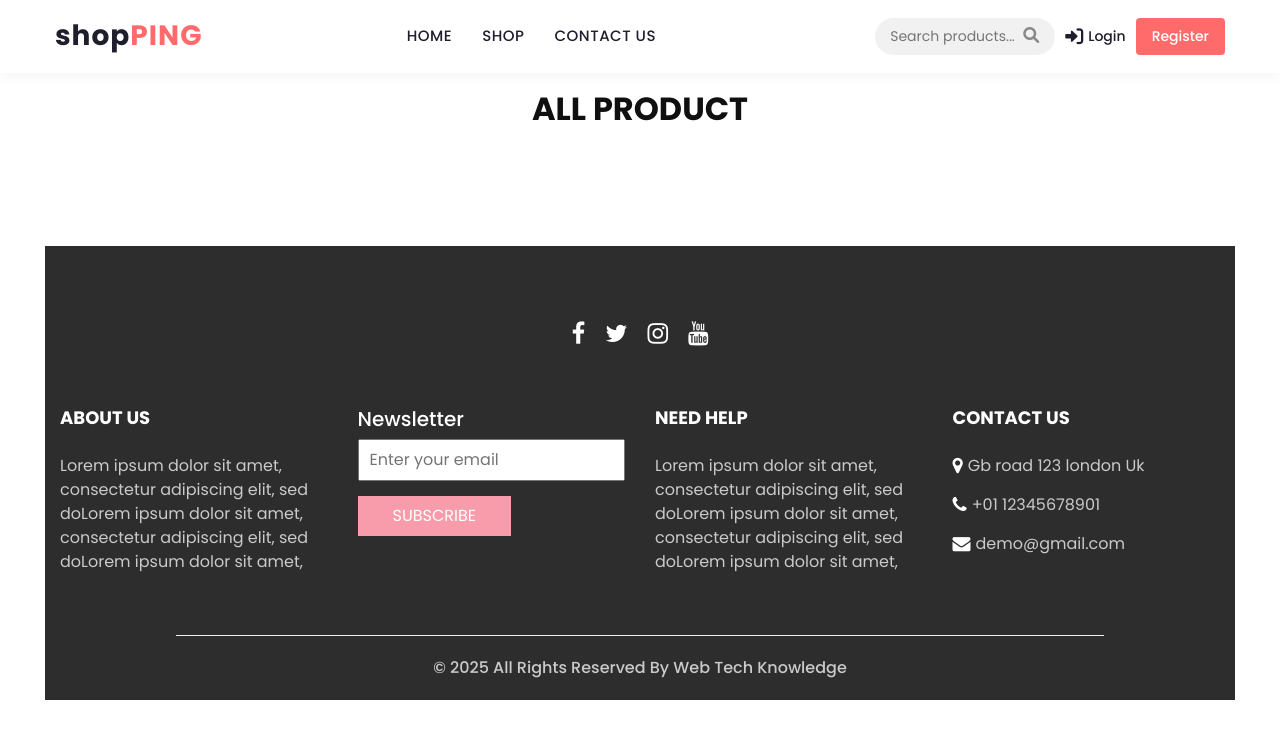
Repository: hahuuchinh2501/ecommerce_project
Page: http://localhost/view_shop
These files come from the project's save history. The page is drawn as it stood at one moment and after the next save; the edit follows.
The browser window is 1280 px wide. The pictures show the whole page.
The page is served by the project's Laravel application, run on PHP 8.4 with Laravel 12. Other server files are loaded and not shown. Queries for data that is not in the repository find no rows.

Above is the page before, as saved 2025-04-09 10:30:55.

### app/Models/Product.php
<?php

namespace App\Models;

use Illuminate\Database\Eloquent\Factories\HasFactory;
use Illuminate\Database\Eloquent\Model;

class Product extends Model
{
    use HasFactory;

    protected $fillable = [
        'title',
        'description',
        'price',
        'image1',
        'image2',
        'image3',
        'category_id'
    ];

    public function category()
    {
        return $this->belongsTo(Category::class);
    }
}

### resources/views/home/view_shop.blade.php
<!DOCTYPE html>
<html>

<head>
  @include('home.css')
</head>

<body>
  <div class="hero_area">
    <!-- header section strats -->
   @include('home.header')
    <!-- end header section -->
    <!-- slider section -->

    <!-- end slider section -->
  </div>
  <!-- end hero area -->

  <!-- shop section -->

     <section class="shop_section layout_padding">
    <div class="container">
      <div class="heading_container heading_center">
        <h2>
          All Product
        </h2>
      </div>
      <div class="row">
        @foreach($product as $products )


        <div class="col-sm-6 col-md-4 col-lg-3">
          <div class="box">

              <div class="img-box">
                <img src="products/{{ $products->image1 }}" alt="">
              </div>
              <div class="detail-box">
                <h6>
                  {{ $products->title }}
                </h6>
                <h6>
                  Price
                  <span>
                    {{ $products->price }}
                  </span>
                </h6>
              </div>

            <div style="padding:15px">
              <a class="btn btn-dark" style="color: white" href="{{ url('product_details', $products->id) }}">
                Details
              </a>
               <a class="btn btn-white" style="border: 1px solid " href="{{ url('add_cart', $products->id) }}">
                add cart
              </a>
          </div>
          </div>
        </div>
        @endforeach
        </div>
      </div>

    </div>
  </section>

  <!-- end shop section -->







  <!-- contact section -->


  <!-- end contact section -->



  <!-- info section -->

 @include('home.footer')

</body>

</html>

### resources/views/home/css.blade.php
<!-- Basic -->
  <meta charset="utf-8" />
  <meta http-equiv="X-UA-Compatible" content="IE=edge" />
  <!-- Mobile Metas -->
  <meta name="viewport" content="width=device-width, initial-scale=1, shrink-to-fit=no" />
  <!-- Site Metas -->
  <meta name="keywords" content="" />
  <meta name="description" content="" />
  <meta name="author" content="" />
  <link rel="shortcut icon" href="images/favicon.png" type="image/x-icon">

  <title>
    Shopping
  </title>

  <!-- slider stylesheet -->
  <link rel="stylesheet" type="text/css" href="https://cdnjs.cloudflare.com/ajax/libs/OwlCarousel2/2.3.4/assets/owl.carousel.min.css" />

  <!-- bootstrap core css -->
  <link rel="stylesheet" type="text/css" href="{{asset('css/bootstrap.css')}}" />

  <!-- Custom styles for this template -->
  <link href="{{asset('css/style.css')}}" rel="stylesheet" />
  <!-- responsive style -->
  <link href="{{asset('css/responsive.css')}}" rel="stylesheet" />
   <style>
    :root {
      --primary: #ff6b6b;
      --secondary: #1e1e2c;
      --light: #f8f9fa;
      --dark: #212529;
      --accent: #7971ea;
      --gray-light: #f1f1f1;
      --gray: #888;
    }

    body {
      font-family: 'Poppins', sans-serif;
      margin: 0;
      padding: 0;
      background-color: #fff;
    }

    .header {
      position: fixed;
      top: 0;
      left: 0;
      right: 0;
      z-index: 1000;
      transition: all 0.3s ease;
      background-color: #fff;
      box-shadow: 0 2px 15px rgba(0, 0, 0, 0.05);
    }

    .header-scrolled {
      padding: 5px 0;
      box-shadow: 0 5px 15px rgba(0, 0, 0, 0.1);
    }

    .container {
      width: 100%;
      max-width: 1200px;
      margin: 0 auto;
      padding: 0 15px;
    }

    .navbar {
      display: flex;
      align-items: center;
      justify-content: space-between;
      padding: 15px 0;
    }

    .brand {
      display: flex;
      align-items: center;
    }

    .logo {
      font-size: 28px;
      font-weight: 700;
      color: var(--secondary);
      text-decoration: none;
      letter-spacing: 1px;
    }

    .logo span {
      color: var(--primary);
    }

    .nav-menu {
      display: flex;
      align-items: center;
      margin: 0;
      padding: 0;
      list-style: none;
    }

    .nav-item {
      margin: 0 15px;
      position: relative;
    }

    .nav-link {
      font-size: 15px;
      font-weight: 500;
      color: var(--secondary);
      text-decoration: none;
      text-transform: uppercase;
      letter-spacing: 0.5px;
      padding: 10px 0;
      position: relative;
      transition: all 0.3s ease;
    }

    .nav-link::after {
      content: '';
      position: absolute;
      width: 0;
      height: 2px;
      background-color: var(--primary);
      bottom: 0;
      left: 0;
      transition: all 0.3s ease;
    }

    .nav-link:hover::after,
    .nav-item.active .nav-link::after {
      width: 100%;
    }

    .nav-item.active .nav-link {
      color: var(--primary);
      font-weight: 600;
    }

    .user-actions {
      display: flex;
      align-items: center;
    }

    .action-btn {
      font-size: 14px;
      font-weight: 500;
      color: var(--secondary);
      text-decoration: none;
      margin-left: 20px;
      display: flex;
      align-items: center;
      transition: all 0.3s ease;
    }

    .action-btn:hover {
      color: var(--primary);
    }

    .action-btn i {
      font-size: 18px;
      margin-right: 5px;
    }

    .cart-count {
      background-color: var(--primary);
      color: white;
      border-radius: 50%;
      font-size: 11px;
      width: 18px;
      height: 18px;
      display: flex;
      align-items: center;
      justify-content: center;
      margin-left: 5px;
    }

    .btn {
      padding: 8px 16px;
      border-radius: 4px;
      font-weight: 500;
      transition: all 0.3s ease;
      border: none;
      cursor: pointer;
      font-size: 14px;
    }

    .btn-primary {
      background-color: var(--primary);
      color: white;
    }

    .btn-primary:hover {
      background-color: #ff5252;
    }

    .btn-outline {
      background-color: transparent;
      color: var(--secondary);
      border: 1px solid var(--secondary);
    }

    .btn-outline:hover {
      background-color: var(--secondary);
      color: white;
    }

    .search-form {
      position: relative;
      margin-left: 15px;
    }

    .search-input {
      border: none;
      background-color: var(--gray-light);
      padding: 8px 15px;
      padding-right: 35px;
      border-radius: 30px;
      transition: all 0.3s ease;
      font-size: 14px;
      width: 180px;
    }

    .search-input:focus {
      outline: none;
      width: 200px;
      box-shadow: 0 0 5px rgba(0, 0, 0, 0.1);
    }

    .search-btn {
      background: transparent;
      border: none;
      position: absolute;
      right: 10px;
      top: 50%;
      transform: translateY(-50%);
      color: var(--gray);
      cursor: pointer;
    }

    .mobile-toggle {
      display: none;
      font-size: 24px;
      color: var(--secondary);
      cursor: pointer;
    }

    .dropdown-menu {
      position: absolute;
      top: 100%;
      left: 0;
      min-width: 200px;
      background-color: white;
      box-shadow: 0 5px 15px rgba(0, 0, 0, 0.1);
      border-radius: 4px;
      padding: 10px 0;
      opacity: 0;
      visibility: hidden;
      transform: translateY(10px);
      transition: all 0.3s ease;
    }

    .dropdown:hover .dropdown-menu {
      opacity: 1;
      visibility: visible;
      transform: translateY(0);
    }

    .dropdown-item {
      padding: 8px 20px;
      display: block;
      color: var(--secondary);
      text-decoration: none;
      font-size: 14px;
      transition: all 0.3s ease;
    }

    .dropdown-item:hover {
      background-color: var(--gray-light);
      color: var(--primary);
    }

    /* Responsive styles */
    @media (max-width: 992px) {
      .mobile-toggle {
        display: block;
      }

      .nav-menu {
        position: fixed;
        top: 70px;
        left: -100%;
        width: 80%;
        max-width: 300px;
        height: 100vh;
        background-color: white;
        flex-direction: column;
        align-items: flex-start;
        padding: 20px;
        box-shadow: 0 5px 15px rgba(0, 0, 0, 0.1);
        transition: all 0.3s ease;
        z-index: 999;
      }

      .nav-menu.active {
        left: 0;
      }

      .nav-item {
        margin: 10px 0;
        width: 100%;
      }

      .nav-link {
        display: block;
        width: 100%;
        padding: 10px;
      }

      .dropdown-menu {
        position: static;
        opacity: 1;
        visibility: visible;
        transform: none;
        box-shadow: none;
        padding-left: 20px;
        display: none;
      }

      .dropdown.active .dropdown-menu {
        display: block;
      }

      .user-actions {
        position: fixed;
        bottom: 0;
        left: 0;
        width: 100%;
        background-color: white;
        box-shadow: 0 -2px 10px rgba(0, 0, 0, 0.1);
        padding: 15px;
        justify-content: space-around;
        z-index: 999;
      }

      .action-btn {
        margin: 0;
        flex-direction: column;
        font-size: 12px;
      }

      .action-btn i {
        font-size: 20px;
        margin-right: 0;
        margin-bottom: 5px;
      }
    }
     .logout-btn {
      background-color: #ff6b6b;
      color: white;
      border: none;
      padding: 8px 16px;
      border-radius: 4px;
      cursor: pointer;
      font-weight: 500;
      transition: all 0.3s ease;
      font-size: 14px;
      display: flex;
      align-items: center;
    }

    .logout-btn i {
      margin-right: 6px;
    }

    .logout-btn:hover {
      background-color: #ff5252;
    }

    .logout-form {
      margin: 0;
      margin-left: 15px;
    }


    @media (max-width: 992px) {
      .direct-logout {
        display: block !important;
      }

      .user-actions {
        display: flex;
        flex-wrap: wrap;
        justify-content: flex-end;
        align-items: center;
      }
    }


    @media (max-width: 576px) {
      .user-actions {
        justify-content: space-between;
      }

      .action-btn span {
        display: none;
      }

      .logout-btn span {
        display: inline;
      }
    }
  </style>

### resources/views/home/header.blade.php
<!DOCTYPE html>
<html lang="en">
<head>
  <meta charset="UTF-8">
  <meta name="viewport" content="width=device-width, initial-scale=1.0">
  <title>shopPING - Fashion Store</title>
  <link href="https://cdnjs.cloudflare.com/ajax/libs/font-awesome/6.0.0-beta3/css/all.min.css" rel="stylesheet">
  @include('home.css')
</head>
<body>
  <header class="header">
    <div class="container">
      <nav class="navbar">
        <div class="brand">
          <a href="{{ url('/') }}" class="logo">shop<span>PING</span></a>
        </div>

        <div class="mobile-toggle">
          <i class="fas fa-bars"></i>
        </div>

        <ul class="nav-menu">
          <li class="nav-item">
            <a href="{{ url('/') }}" class="nav-link">Home</a>
          </li>
          <li class="nav-item dropdown">
            <a href="{{ url('view_shop') }}" class="nav-link">Shop</a>

          </li>

          <li class="nav-item">
            <a href="{{ url('view_contact') }}" class="nav-link">Contact Us</a>
          </li>
        </ul>

        <div class="user-actions">
          @if (Route::has('login'))
            @auth
              <a href="{{ url('myorders') }}" class="action-btn">
                <i class="fas fa-list-ul"></i>
                <span>Orders</span>
              </a>
              <a href="{{ url('mycart') }}" class="action-btn">
                <i class="fas fa-shopping-bag"></i>
                <span>Cart</span>
                <span class="cart-count">{{ $count }}</span>
              </a>
              <form class="search-form" action="{{ url('search') }}" method="GET">
    <input type="text" class="search-input" name="search_text" placeholder="Search products..." required>
    <button type="submit" class="search-btn">
        <i class="fas fa-search"></i>
    </button>
</form>



              <form method="POST" action="{{ route('logout') }}" class="logout-form">
                @csrf
                <button type="submit" class="logout-btn">
                  <i class="fas fa-sign-out-alt"></i>
                  <span>Logout</span>
                </button>
              </form>
              <a style="margin-left: 20px;">welcome: {{ Auth::user()->name }}</a>

            @else
              <form class="search-form" action="{{ url('search') }}" method="GET">
    <input type="text" class="search-input" name="search_text" placeholder="Search products..." required>
    <button type="submit" class="search-btn">
        <i class="fas fa-search"></i>
    </button>
</form>

              <a href="{{ url('/login') }}" class="action-btn" style="margin: 10px;">
                <i class="fas fa-sign-in-alt"></i>
                <span>Login</span>
              </a>
              <a href="{{ url('/register') }}" class="btn btn-primary">Register</a>
            @endauth
          @endif
        </div>
      </nav>
    </div>
  </header>

  <script>

    window.addEventListener('scroll', function() {
      const header = document.querySelector('.header');
      if (window.scrollY > 50) {
        header.classList.add('header-scrolled');
      } else {
        header.classList.remove('header-scrolled');
      }
    });


    const mobileToggle = document.querySelector('.mobile-toggle');
    const navMenu = document.querySelector('.nav-menu');

    if (mobileToggle) {
      mobileToggle.addEventListener('click', function() {
        navMenu.classList.toggle('active');
      });
    }


    const dropdowns = document.querySelectorAll('.dropdown');

    dropdowns.forEach(dropdown => {
      dropdown.addEventListener('click', function(e) {
        if (window.innerWidth < 992) {
          e.preventDefault();
          this.classList.toggle('active');
        }
      });
    });
  </script>
</body>
</html>

### resources/views/home/footer.blade.php
<section class="info_section  layout_padding2-top">
    <div class="social_container">
      <div class="social_box">
        <a href="">
          <i class="fa fa-facebook" aria-hidden="true"></i>
        </a>
        <a href="">
          <i class="fa fa-twitter" aria-hidden="true"></i>
        </a>
        <a href="">
          <i class="fa fa-instagram" aria-hidden="true"></i>
        </a>
        <a href="">
          <i class="fa fa-youtube" aria-hidden="true"></i>
        </a>
      </div>
    </div>
    <div class="info_container ">
      <div class="container">
        <div class="row">
          <div class="col-md-6 col-lg-3">
            <h6>
              ABOUT US
            </h6>
            <p>
              Lorem ipsum dolor sit amet, consectetur adipiscing elit, sed doLorem ipsum dolor sit amet, consectetur adipiscing elit, sed doLorem ipsum dolor sit amet,
            </p>
          </div>
          <div class="col-md-6 col-lg-3">
            <div class="info_form ">
              <h5>
                Newsletter
              </h5>
              <form action="#">
                <input type="email" placeholder="Enter your email">
                <button>
                  Subscribe
                </button>
              </form>
            </div>
          </div>
          <div class="col-md-6 col-lg-3">
            <h6>
              NEED HELP
            </h6>
            <p>
              Lorem ipsum dolor sit amet, consectetur adipiscing elit, sed doLorem ipsum dolor sit amet, consectetur adipiscing elit, sed doLorem ipsum dolor sit amet,
            </p>
          </div>
          <div class="col-md-6 col-lg-3">
            <h6>
              CONTACT US
            </h6>
            <div class="info_link-box">
              <a href="">
                <i class="fa fa-map-marker" aria-hidden="true"></i>
                <span> Gb road 123 london Uk </span>
              </a>
              <a href="">
                <i class="fa fa-phone" aria-hidden="true"></i>
                <span>+01 12345678901</span>
              </a>
              <a href="">
                <i class="fa fa-envelope" aria-hidden="true"></i>
                <span> demo@gmail.com</span>
              </a>
            </div>
          </div>
        </div>
      </div>
    </div>
    <!-- footer section -->
    <footer class=" footer_section">
      <div class="container">
        <p>
          &copy; <span id="displayYear"></span> All Rights Reserved By
          <a href="https://html.design/">Web Tech Knowledge</a>
        </p>
      </div>
    </footer>
    <!-- footer section -->

  </section>

  <!-- end info section -->


  <script src="{{asset('js/jquery-3.4.1.min.js') }}"></script>
  <script src="{{asset('js/bootstrap.js') }}"></script>
  <script src="https://cdnjs.cloudflare.com/ajax/libs/OwlCarousel2/2.3.4/owl.carousel.min.js">
  </script>
  <script src="{{asset('js/custom.js') }}"></script>

### public/css/responsive.css
@media (max-width: 1120px) {
    .saving_section .detail-box {
        padding: 0;
    }
}

@media (max-width: 992px) {
    .user_option {
        justify-content: center;
        margin-left: 0;
        margin-top: 10px;

    }

    .custom_nav-container {
        flex-direction: row;
    }

    .custom_nav-container .navbar-nav {
        align-items: center;
    }

    #navbarSupportedContent .navbar-nav .nav-link {
        margin: 5px 0;
    }

    .slider_section .detail-box {
        padding-left: 0;
    }

    .slider_section .detail-box h1 {
        font-size: 3rem;
    }

    .slider_section .img-box {
        padding: 0;
    }

    .saving_section .row {
        flex-direction: column-reverse;
    }

    .saving_section .detail-box {

        margin-bottom: 30px;
    }

    .client_section .box {
        margin: 15px 25px;
    }

    .client_section .carousel_btn-box {
        display: flex;
        justify-content: center;
        margin-top: 45px;
    }

    .client_section .carousel-control-prev,
    .client_section .carousel-control-next {
        position: unset;
        margin: 0 2.5px;
        width: 45px;
        height: 45px;
    }
}

@media (max-width: 768px) {
    .hero_area {
        padding: 0 25px;
    }

    .slider_section .img-box {
        margin-bottom: 45px;
    }

    .saving_section,
    .gift_section {
        padding-left: 25px;
        padding-right: 25px;
    }

    .gift_section .box {
        padding: 45px 0;
    }

    .gift_section .img-box {
        padding: 0 15px;
        margin-bottom: 45px;
    }

    .info_section .row>div {
        text-align: center;
        display: flex;
        flex-direction: column;
        align-items: center;

    }

    .info_section {
        margin: 0 25px 25px;
    }


}

@media (max-width: 576px) {
    .contact_section {
        padding-left: 25px;
        padding-right: 25px;
    }
}

@media (max-width: 480px) {

    .saving_section .detail-box,
    .gift_section .detail-box {
        padding: 0 5px;
    }
}

@media (max-width: 420px) {}

@media (max-width: 376px) {}

@media (min-width: 1200px) {
    .container {
        max-width: 1170px;
    }
}

Loaded but not shown: app/Providers/AppServiceProvider.php (common file); routes/auth.php (common file); app/Http/Controllers/Auth/EmailVerificationPromptController.php (common file); app/Http/Controllers/Controller.php (common file); app/Http/Controllers/Auth/VerifyEmailController.php (common file); public/css/bootstrap.css (library); public/js/jquery-3.4.1.min.js (library); public/js/bootstrap.js (library); public/js/custom.js (common file); public/css/font-awesome.min.css (library); public/css/style.css (856 lines, source omitted); app/Http/Controllers/HomeController.php (308 lines, source omitted); routes/web.php (110 lines, source omitted)

After the next save:
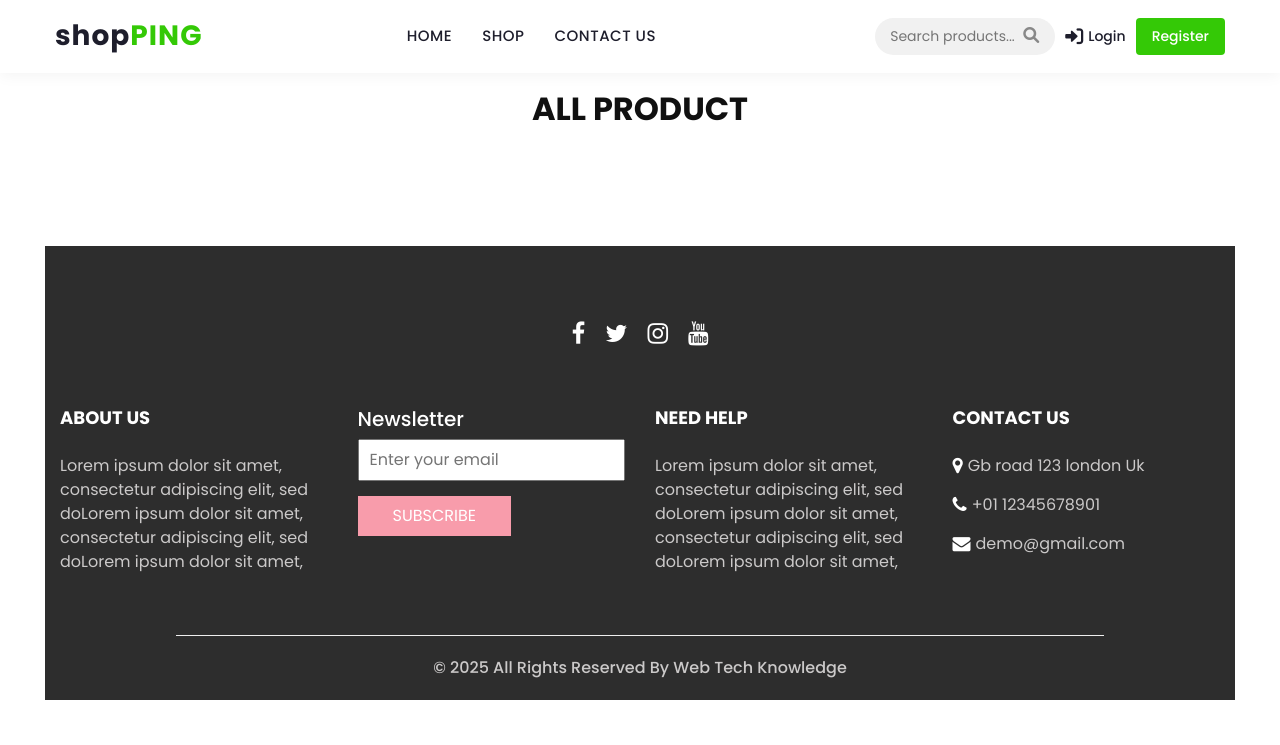
Saved 10 min 16 s later.
--- a/resources/views/home/css.blade.php
+++ b/resources/views/home/css.blade.php
@@ -25,7 +25,7 @@
   <link href="{{asset('css/responsive.css')}}" rel="stylesheet" />
    <style>
     :root {
-      --primary: #ff6b6b;
+      --primary:rgb(52, 201, 6);
       --secondary: #1e1e2c;
       --light: #f8f9fa;
       --dark: #212529;

After the save that followed:
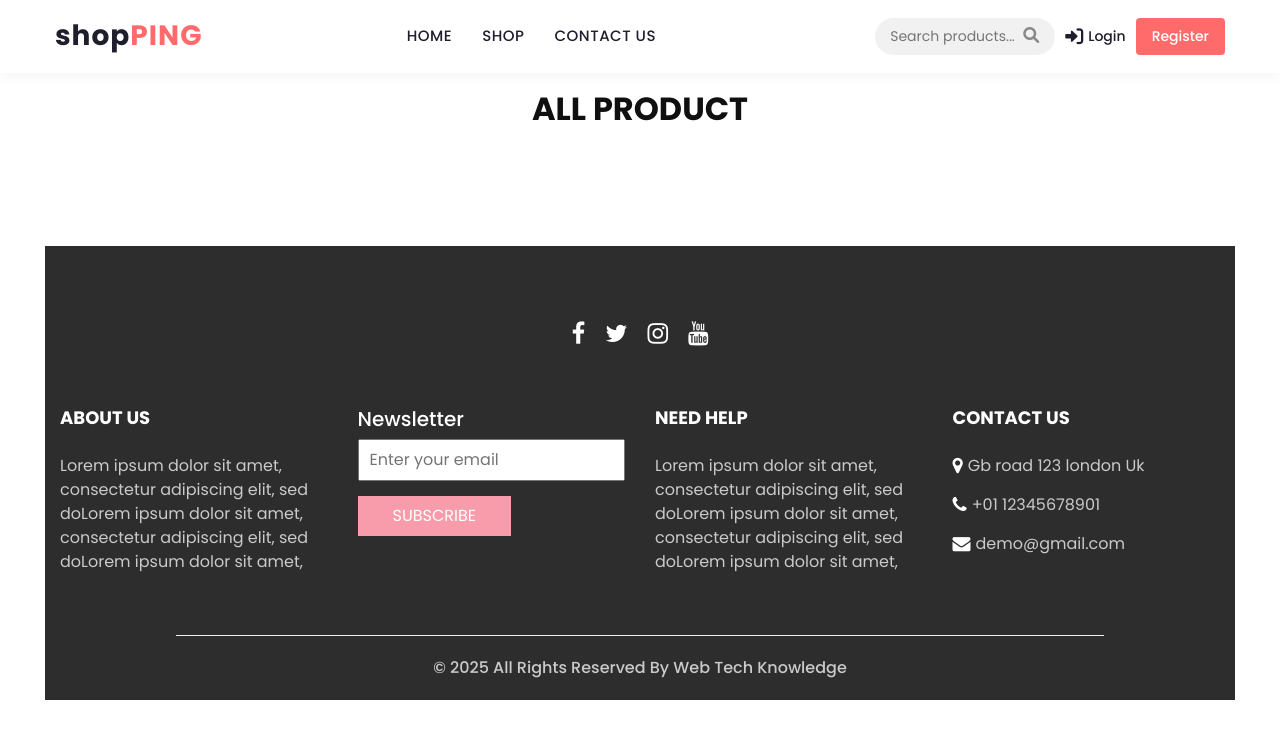
Saved 18 s later.
--- a/resources/views/home/css.blade.php
+++ b/resources/views/home/css.blade.php
@@ -25,7 +25,7 @@
   <link href="{{asset('css/responsive.css')}}" rel="stylesheet" />
    <style>
     :root {
-      --primary:rgb(52, 201, 6);
+      --primary: #ff6b6b;
       --secondary: #1e1e2c;
       --light: #f8f9fa;
       --dark: #212529;
